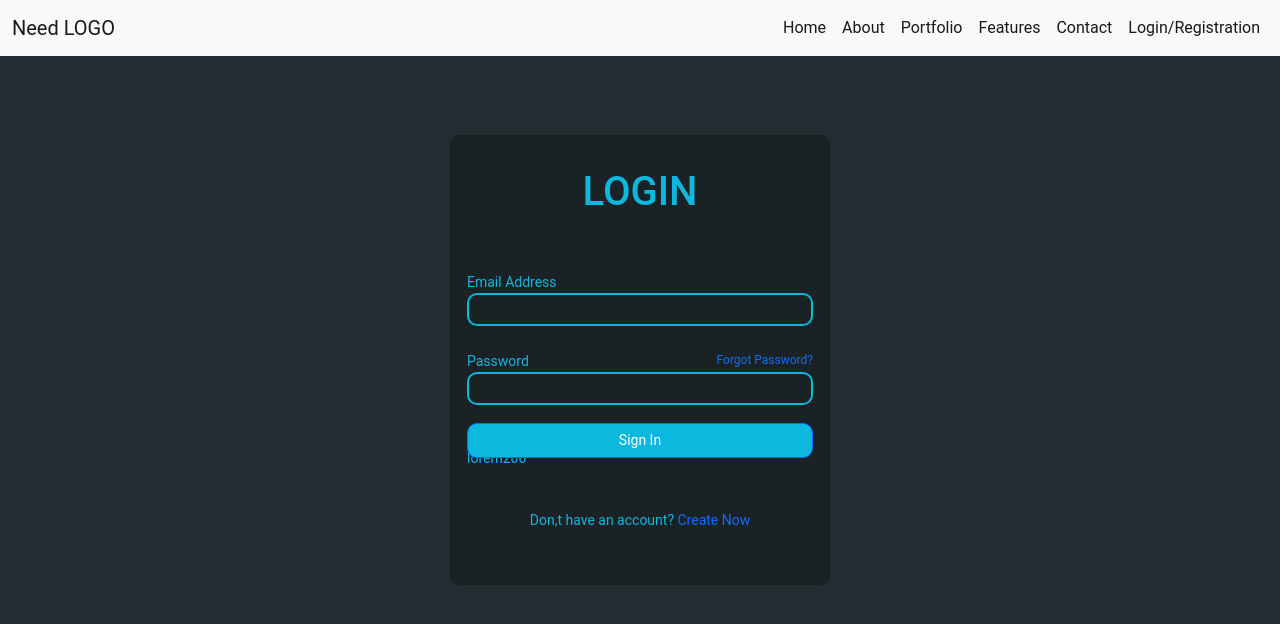
Repository: zjria/Bootstrap_logIn_1
Page: LoginPage/index.html
An editor plug-in stored every save of this project. The page is shown before and after the next save, followed by the edit.
The browser window is 1280 px wide. The pictures show the whole page.

Above is the page before, as saved 2022-06-19 11:09:09.

After the next save:
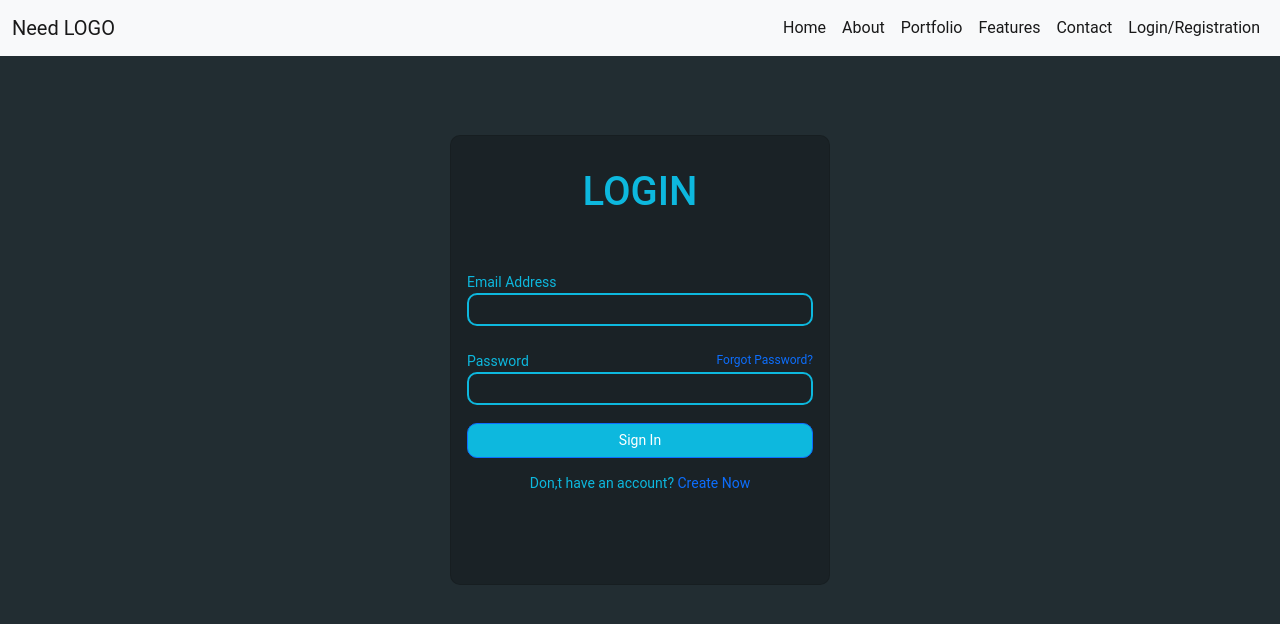
Saved 5 s later.
--- a/LoginPage/index.html
+++ b/LoginPage/index.html
@@ -79,10 +79,6 @@
                               </div>
 
                             </div>
-
-
-                            <p>lorem200</p>
-
                         <div class="signup">Don,t have an account? <a href="#" class="text-decoration-none">Create Now</a></div>
                     </form>
                 </div>
